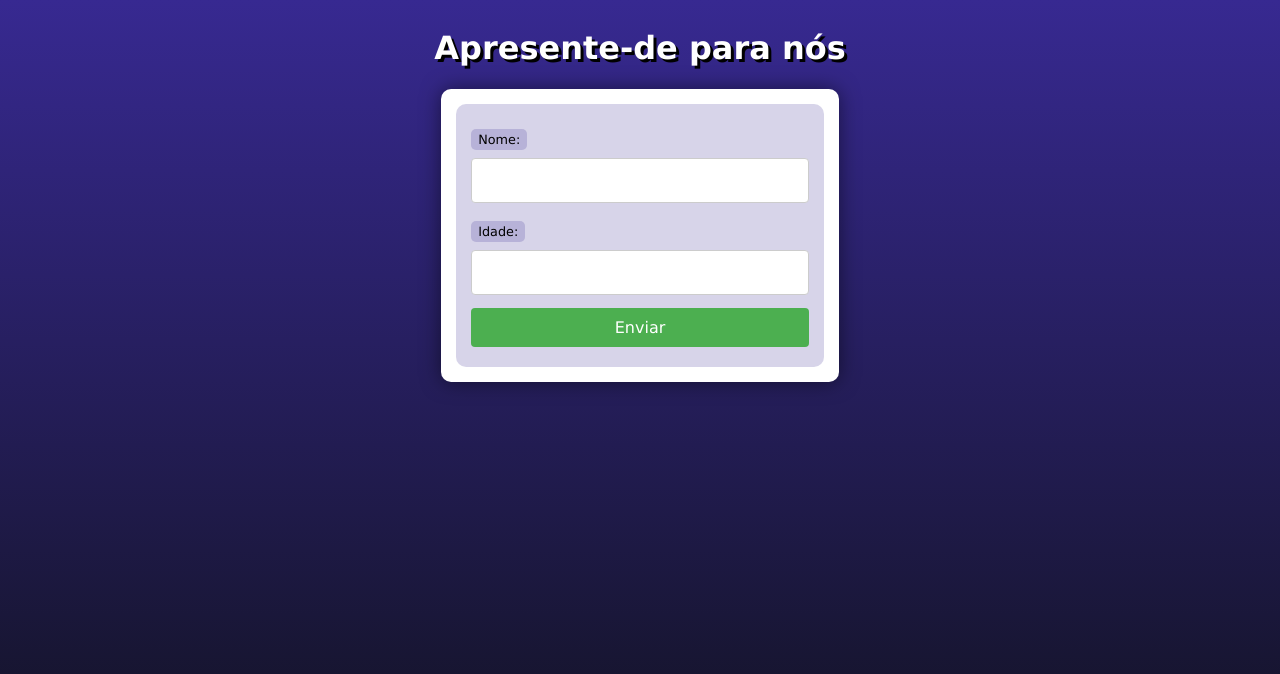
Repository: lcampagnaro/cursophp
Page: ex_form_php/Index.html
An editor plug-in stored every save of this project. The page is shown before and after a run of saves, followed by the edit.
The browser window is 1280 px wide. The pictures show the whole page.

Above is the page before, as saved 2023-08-29 14:10:23.

After the next 4 saves:
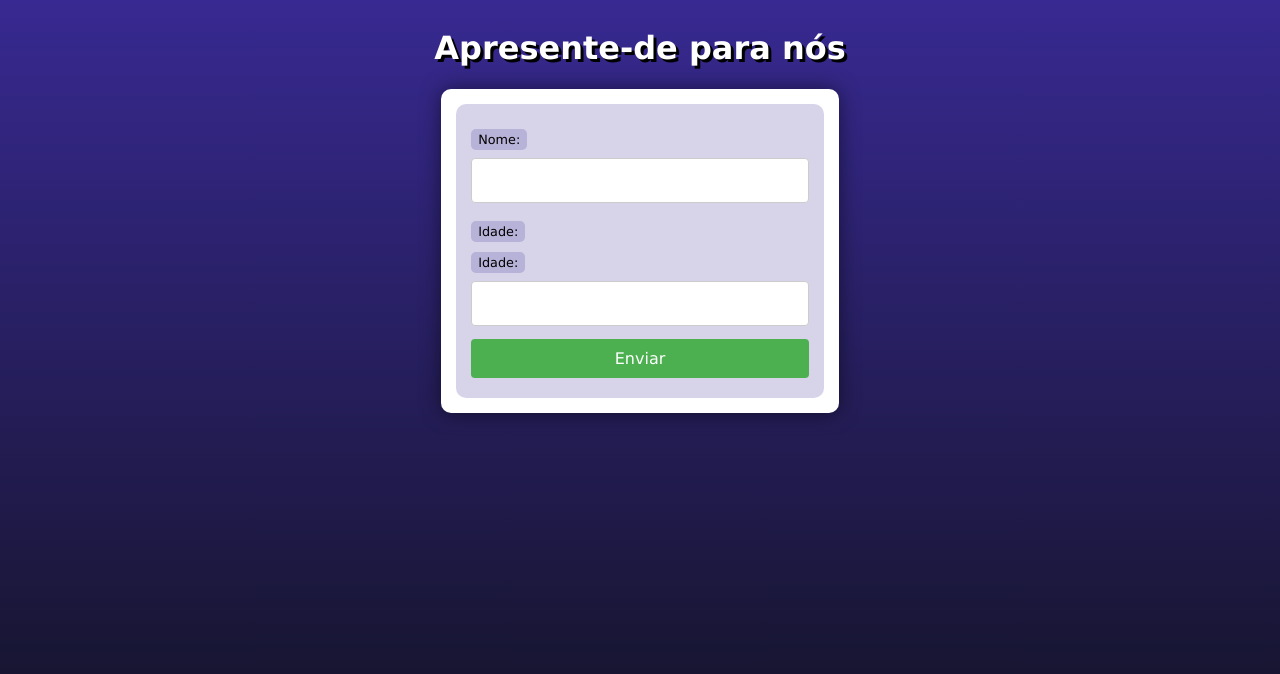
The 4 saves are shown as one change because they came seconds apart.
The last was saved 2 min 27 s later.
--- a/ex_form_php/Index.html
+++ b/ex_form_php/Index.html
@@ -15,6 +15,7 @@
             <label for="nome">Nome:</label>
             <input type="text" name="nome" id="nome">
             <label for="idade">Idade:</label>
+            <label for="idade">Idade:</label>
             <input type="number" name="idade" id="ididade">
             <input type="submit" value="Enviar">
         </form>
